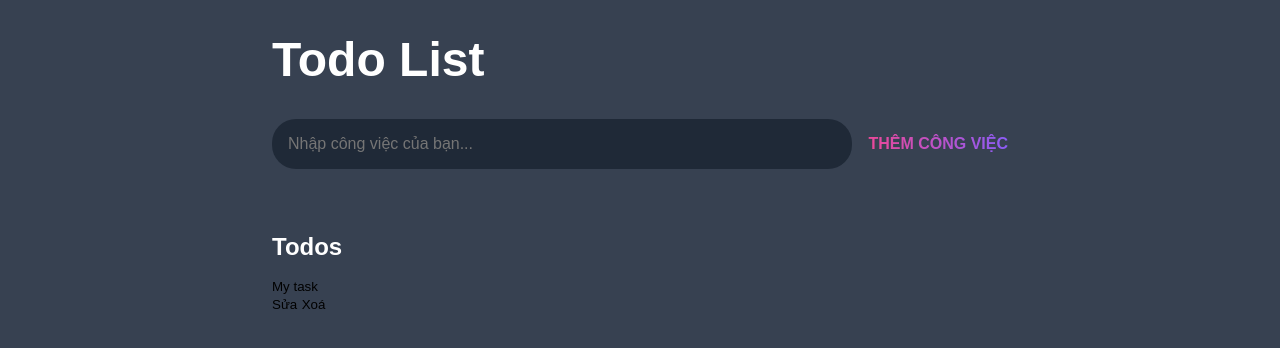
Repository: ntheanh/Todo-List
Page: index.html
The author's editor kept a copy of each file at every save. The page is drawn from the files as they stood at one save, then again after the next save.
The browser window is 1280 px wide. The pictures show the whole page.
The style sheet was rebuilt from its Sass, Less or Tailwind sources for each picture, by a compiler version that may differ from the author's.

Above is the page before, as saved 2023-03-15 22:53:04.

### index.html
<!DOCTYPE html>
<html lang="en">
  <head>
    <meta charset="UTF-8" />
    <meta http-equiv="X-UA-Compatible" content="IE=edge" />
    <meta name="viewport" content="width=device-width, initial-scale=1.0" />
    <title>My Todo List</title>
    <link rel="stylesheet" href="style.css" />
  </head>
  <body>
    <header>
      <h1>Todo List</h1>
      <form action="" id="new-todo-form">
        <input
          id="new-todo-input"
          type="text"
          name="todo"
          placeholder="Nhập công việc của bạn... "
        />
        <input id="new-todo-submit" type="submit" value="Thêm Công Việc" />
      </form>
    </header>
    <main>
      <section class="task-list">
        <h2>Todos</h2>
        <div id="tasks">
          <div class="task">
            <div class="content">
              <input
                type="text"
                class="content_input"
                value="My task"
                readonly
              />
            </div>
            <div class="actons">
              <button class="edit">Sửa</button>
              <button class="delete">Xoá</button>
            </div>
          </div>
        </div>
      </section>
    </main>

    <script src="app.js"></script>
  </body>
</html>

### style.scss
:root {
  --dark: #374151;
  --darker: #1f2937;
  --darkest: #111827;
  --gray: #6b7280;
  --light: #eee;
  --pink: #ec4899;
  --purple: #8b5cf6;
}

* {
  margin: 0;
  padding: 0;
  box-sizing: border-box;
  font-family: "Poppins", sans-serif;
}

body {
  display: flex;
  flex-direction: column;
  min-height: 100vh;
  background: var(--dark);
  color: #fff;
}

header {
  padding: 2rem;
  width: 100%;
  max-width: 800px;
  margin: 0 auto;
  h1 {
    font-size: 3rem;
    font-weight: 600;
    margin-bottom: 2rem;
  }
}
#new-todo-form {
  display: flex;
}

input,
button {
  appearance: none;
  border: none;
  outline: none;
  background: none;
}

#new-todo-input {
  flex: 1 1 0%;
  background: var(--darker);
  padding: 1rem;
  border-radius: 1.5rem;
  margin-right: 1rem;
  color: var(--light);
  font-size: 1rem;
}
#new-todo-submit {
  color: var(--pink);
  font-size: 1rem;
  font-weight: 700;
  text-transform: uppercase;
  background: linear-gradient(to right, var(--pink), var(--purple));
  background-clip: text;
  -webkit-text-fill-color: transparent;
  transition: 0.4s;
  &:hover {
    opacity: 0.8;
  }
  &:active {
    opacity: 0.6;
  }
}

main {
  flex: 1 1 0%;
  width: 100%;
  max-width: 800px;
  margin: 0 auto;
  .task-list {
    padding: 2rem;
    h2 {
      font-size: 1.5rem;
      font-weight: 600;
      margin-bottom: 1rem;
    }
    .tasks .task {
      display: flex;
      justify-content: space-between;
    }
  }
}

Loaded but not shown: app.js (no stored copy; drawn as an empty file)

After the next save:
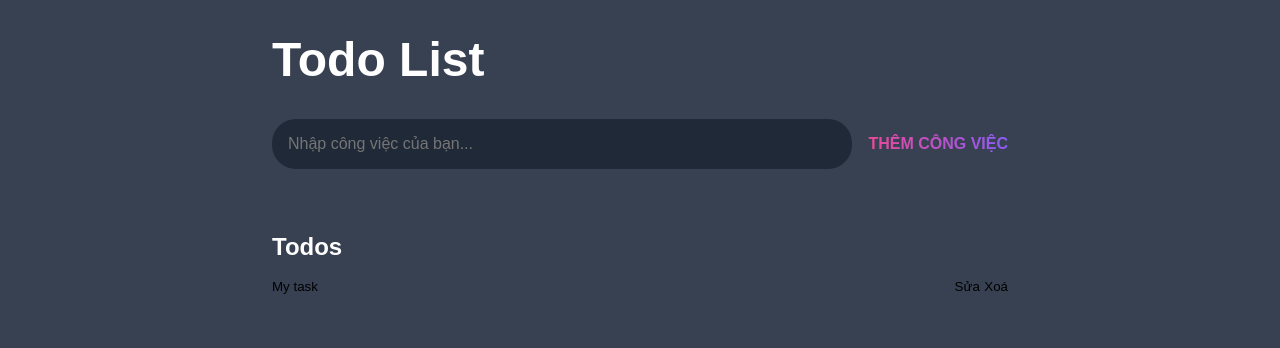
Saved 11 s later.
--- a/style.scss
+++ b/style.scss
@@ -84,7 +84,7 @@ main {
       font-weight: 600;
       margin-bottom: 1rem;
     }
-    .tasks .task {
+    #tasks .task {
       display: flex;
       justify-content: space-between;
     }
